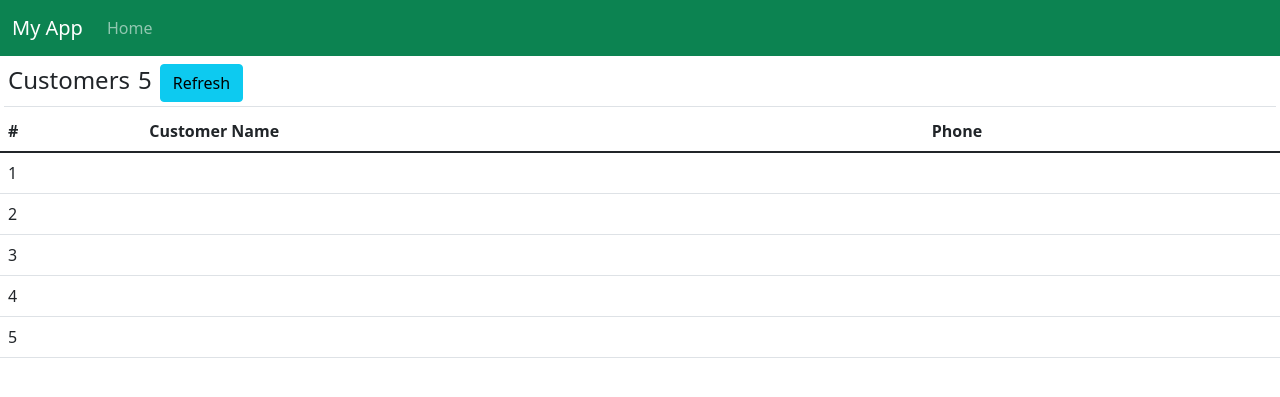
Repository: smit1298/e-commerce
Page: /
These files come from the project's save history. The page is drawn as it stood at one moment and after a run of saves; the edit follows.
The browser window is 1280 px wide. The pictures show the whole page.
The project was rebuilt for these pictures with package versions that can differ from the ones it lists, and the page was loaded fresh each time.

Above is the page before, as saved 2022-05-10 17:10:19.

After the next 5 saves:
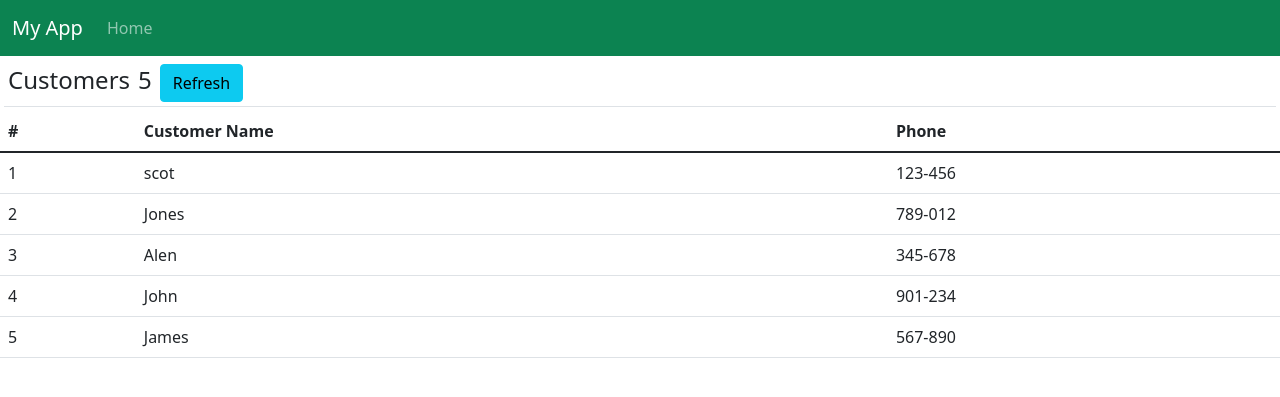
The 5 saves are shown as one change because they came seconds apart.
The last was saved 25 s later.
--- a/src/MainContent.jsx
+++ b/src/MainContent.jsx
@@ -36,8 +36,8 @@ export default class MainContent extends Component {
               return (
                 <tr>
                   <td>{cust.id}</td>
-                  <td>{cust.Customer}</td>
-                  <td></td>
+                  <td>{cust.name}</td>
+                  <td>{cust.phone}</td>
                 </tr>
               );
             })}
